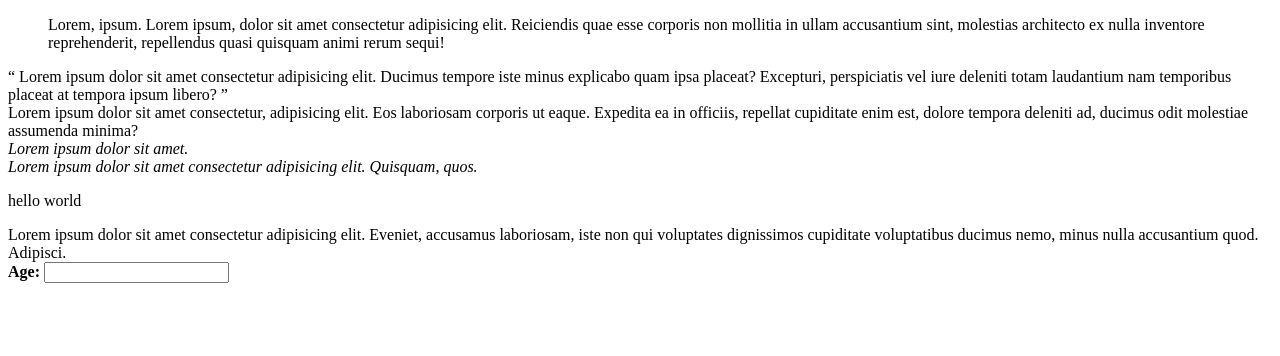
Repository: arunyerram/Web-TEChnologies
Page: p.html
These files come from the project's save history. The page is drawn as it stood at one moment and after the next save; the edit follows.
The browser window is 1280 px wide. The pictures show the whole page.

Above is the page before, as saved 2025-02-21 11:56:08.

### p.html
<!DOCTYPE html>
<html lang="en">
<head>
    <meta charset="UTF-8">
    <meta name="viewport" content="width=device-width, initial-scale=1.0">
    <title>Document</title>
</head>
<body>
    <!-- the <blockquote>,<q>, <abbr>, <address>, <cite>,  <bdo> -->
        <blockquote>
            Lorem, ipsum.
            Lorem ipsum, dolor sit amet consectetur adipisicing elit. Reiciendis quae esse corporis non mollitia in ullam accusantium sint, molestias architecto ex nulla inventore reprehenderit, repellendus quasi quisquam animi rerum sequi!
        </blockquote>
        <q>
            Lorem ipsum dolor sit amet consectetur adipisicing elit. Ducimus tempore iste minus explicabo quam ipsa placeat? Excepturi, perspiciatis vel iure deleniti totam laudantium nam temporibus placeat at tempora ipsum libero?
        </q>
        <br/>
        <abbr>
            Lorem ipsum dolor sit amet consectetur, adipisicing elit. Eos laboriosam corporis ut eaque. Expedita ea in officiis, repellat cupiditate enim est, dolore tempora deleniti ad, ducimus odit molestiae assumenda minima?
        </abbr>

        <address>
            Lorem ipsum dolor sit amet.
        </address>
        <cite>
            Lorem ipsum dolor sit amet consectetur adipisicing elit. Quisquam, quos.
        </cite>

        <bdo>
            <p>hello world</p>
            Lorem ipsum dolor sit amet consectetur adipisicing elit. Eveniet, accusamus laboriosam, iste non qui voluptates dignissimos cupiditate voluptatibus ducimus nemo, minus nulla accusantium quod. Adipisci.
        </bdo>
        <br/>

        <strong><label for="age"> Age:</label></strong>
        <input type="age" id="age" name="age">




</body>
</html>

After the next save:
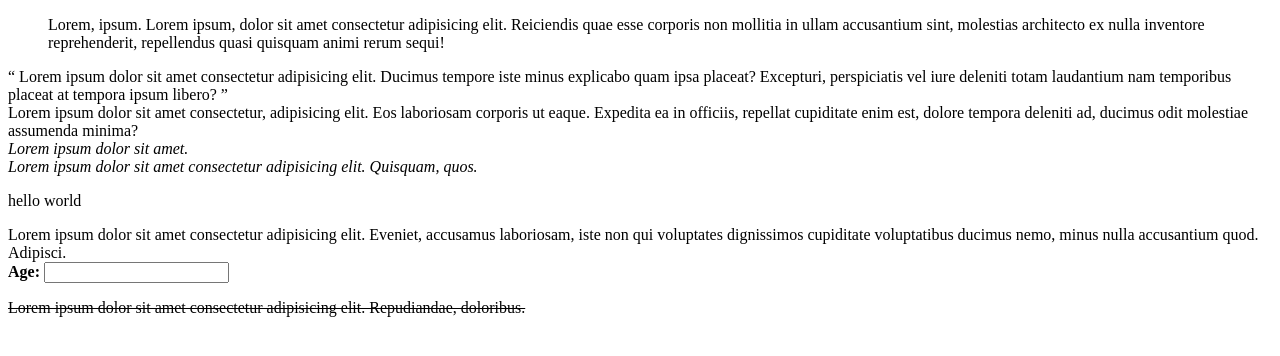
Saved 19 s later.
--- a/p.html
+++ b/p.html
@@ -36,7 +36,7 @@
         <input type="age" id="age" name="age">
 
 
-
+        <p> <del> Lorem ipsum dolor sit amet consectetur adipisicing elit. Repudiandae, doloribus.</del></p>
 
 </body>
 </html>
